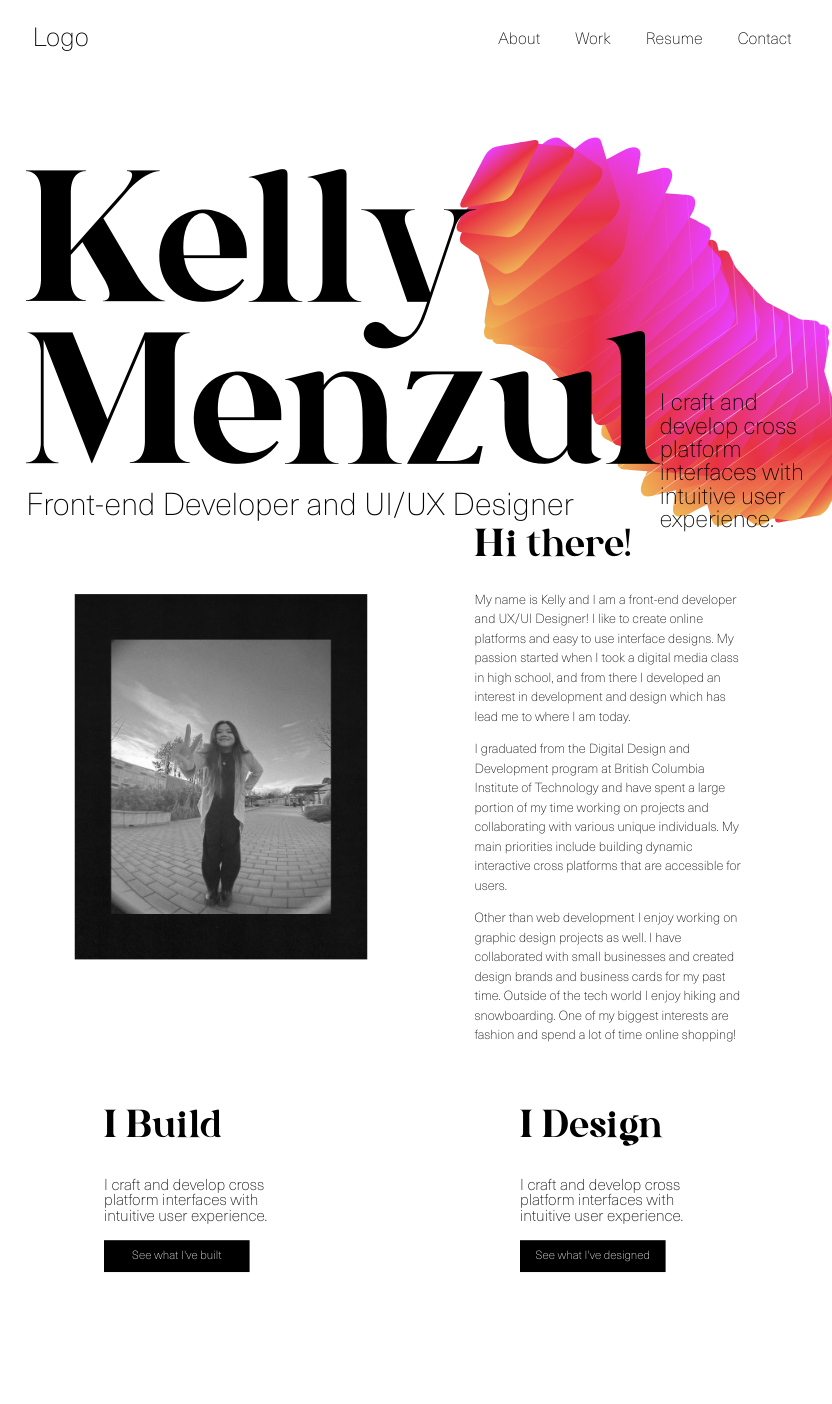
Repository: KellyMenzul/Kelly-Menzul
Page: /
An editor plug-in stored every save of this project. The page is shown before and after the next save, followed by the edit.
The browser window is 1280 px wide. The pictures show the whole page, at 65% of full size.
The project was rebuilt for these pictures with package versions that can differ from the ones it lists, and the page was loaded fresh each time. The framework's server and built-in components were replaced by stand-ins that run in the browser. Also part of the build but not shown: next.config.js.

Above is the page before, as saved 2022-01-20 15:53:04.

After the next save:
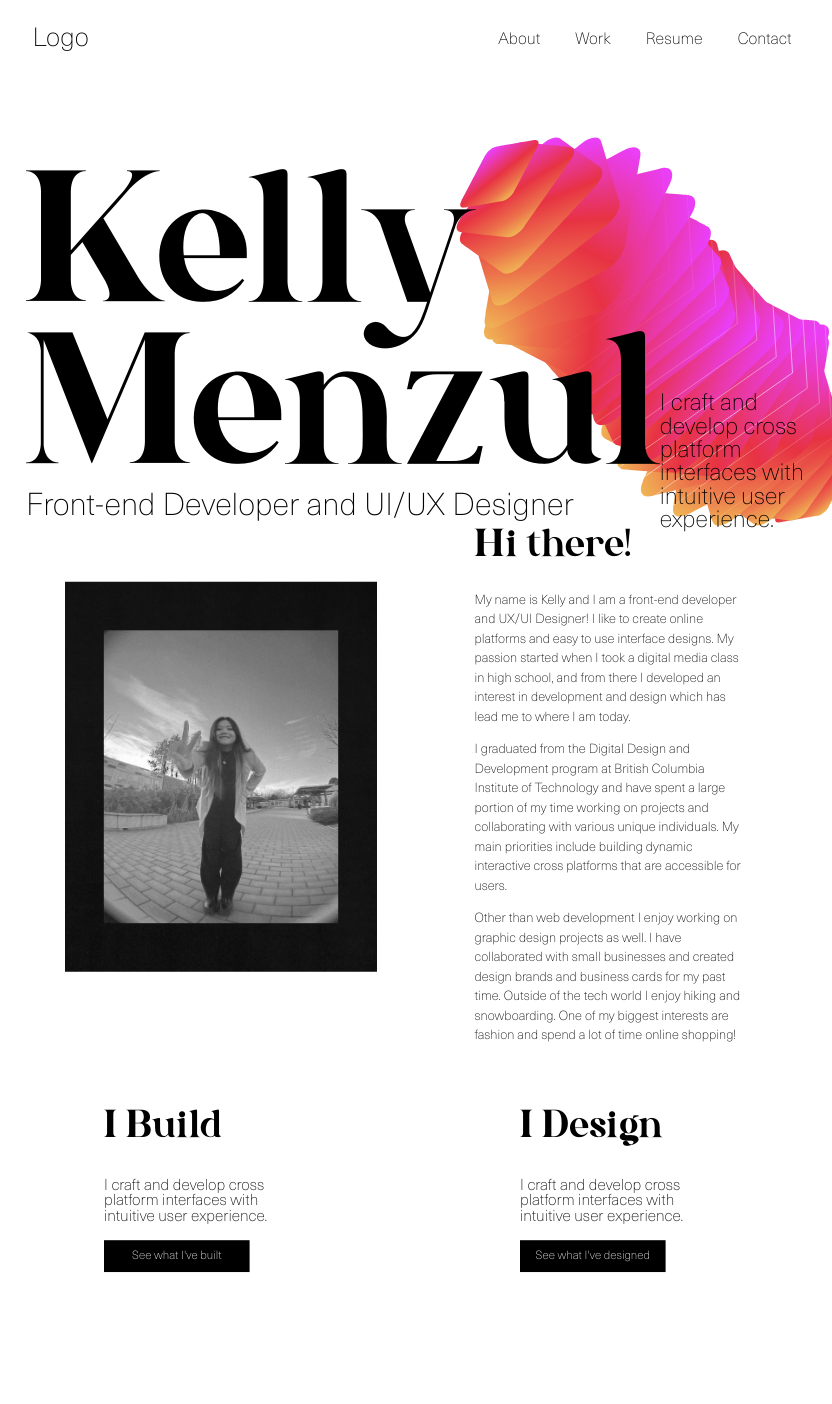
Saved 12 s later.
--- a/pages/index.js
+++ b/pages/index.js
@@ -117,7 +117,7 @@ left:200px;
 const TextHolder  =styled.div``
 
 const HeroImage = styled.img`
-width:75%;
+width:80%;
 transition: 1s ease-in-out;
 
 &:hover {
